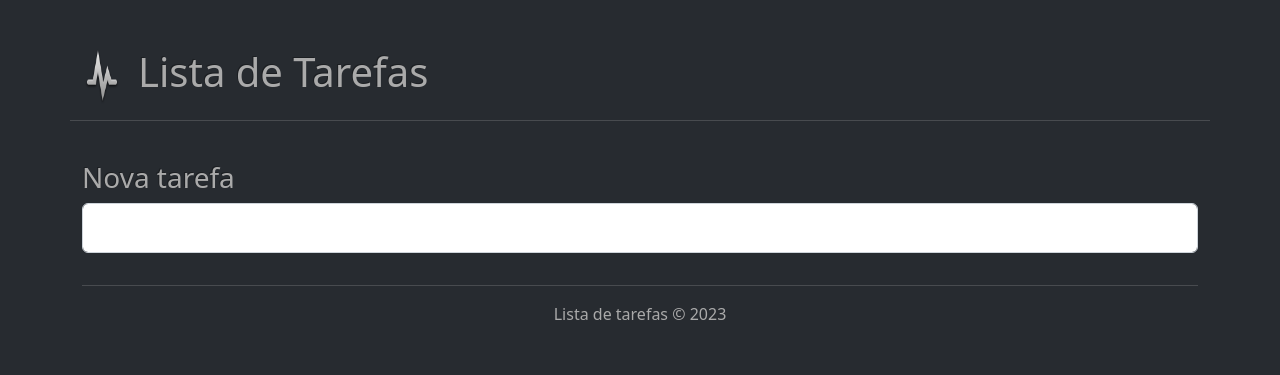
Repository: cargugati/lista_tarefas
Page: frontEnd/new_task.html
The author's editor kept a copy of each file at every save. The page is drawn from the files as they stood at one save, then again after the next save.
The browser window is 1280 px wide. The pictures show the whole page.

Above is the page before, as saved 2023-03-30 10:34:24.

### frontEnd/new_task.html
<!DOCTYPE html>
<html lang="pt-br">

<head>
  <meta charset="UTF-8">
  <meta http-equiv="X-UA-Compatible" content="IE=edge">
  <meta name="viewport" content="width=device-width, initial-scale=1.0">
  <title>Lista de Tarefas</title>
  <link rel="stylesheet" href="./assets/css/bootstrap.min.css">
  <link rel="stylesheet" href="./assets/fontawesome/css/all.min.css">
  <link rel="shortcut icon" href="./assets/images/favicon.png" type="image/png">
</head>

<body>
  <div class="container my-5">

    <!-- cabeçalho -->
    <div class="row mb-4">
      <div class="col">
        <div class="d-flex justify-content-start">
          <img src="./assets/images/favicon.png" alt="Logo" class="img-fluid me-3" width="40px">
          <h1>Lista de Tarefas</h1>
        </div>

      </div>

      <hr class="my-3">
    </div>

    <!-- espaço para criar nova tarefa -->
    <div class="row">
      <div class="col">
        <h3>Nova tarefa</h3>
        <input type="text" name="" id="text_task_text" class="form-control">
      </div>
    </div>

    <!-- dados para o banco de dados
    bd_tasks

    users
    - id -> uint auto PK
    - username -> varchar(50) NULL
    - passwrd -> varchar(100) NULL
    - created_at -> datetime NULL
    - updated_at -> datetime NULL

    tasks
    - id -> uint auto PK
    - id_user -> uint FK
    - task_text -> varchar(100) NULL
    - task_status -> varchar(30) NULL -> (new | in progress | canceled | done)
    - created_at
    - updated_at

-->






    <!-- footer -->
    <div class="row mt-3">
      <div class="col text-center">
        <hr>
        <p>Lista de tarefas &copy; 2023</p>
      </div>
    </div>


  </div>

  <script src="./assets/js/bootstrap.bundle.min.js"></script>
</body>

</html>

Loaded but not shown: frontEnd/assets/css/bootstrap.min.css (library); frontEnd/assets/fontawesome/css/all.min.css (library); frontEnd/assets/js/bootstrap.bundle.min.js (library)

After the next save:
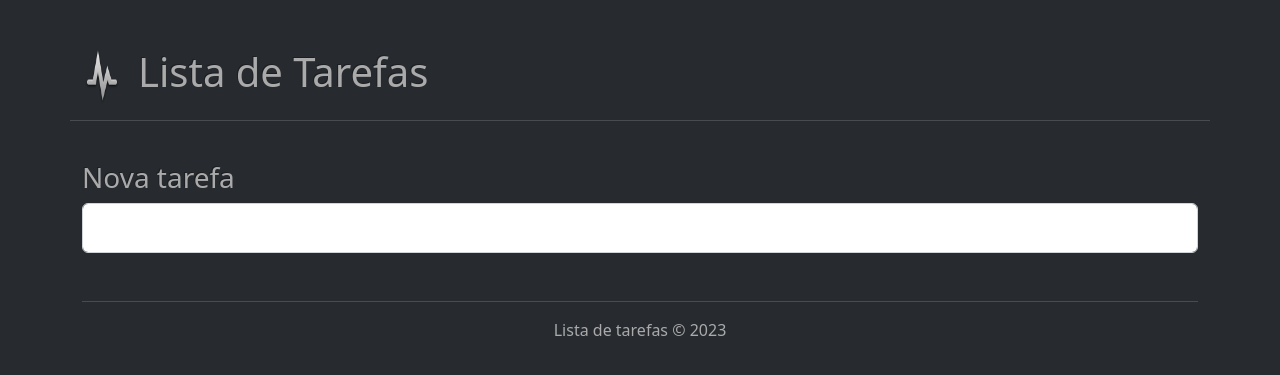
Saved 54 s later.
--- a/frontEnd/new_task.html
+++ b/frontEnd/new_task.html
@@ -31,7 +31,9 @@
     <div class="row">
       <div class="col">
         <h3>Nova tarefa</h3>
-        <input type="text" name="" id="text_task_text" class="form-control">
+        <div class="mb-3">
+          <input type="text" name="" id="text_task_text" class="form-control">
+        </div>
       </div>
     </div>
 
